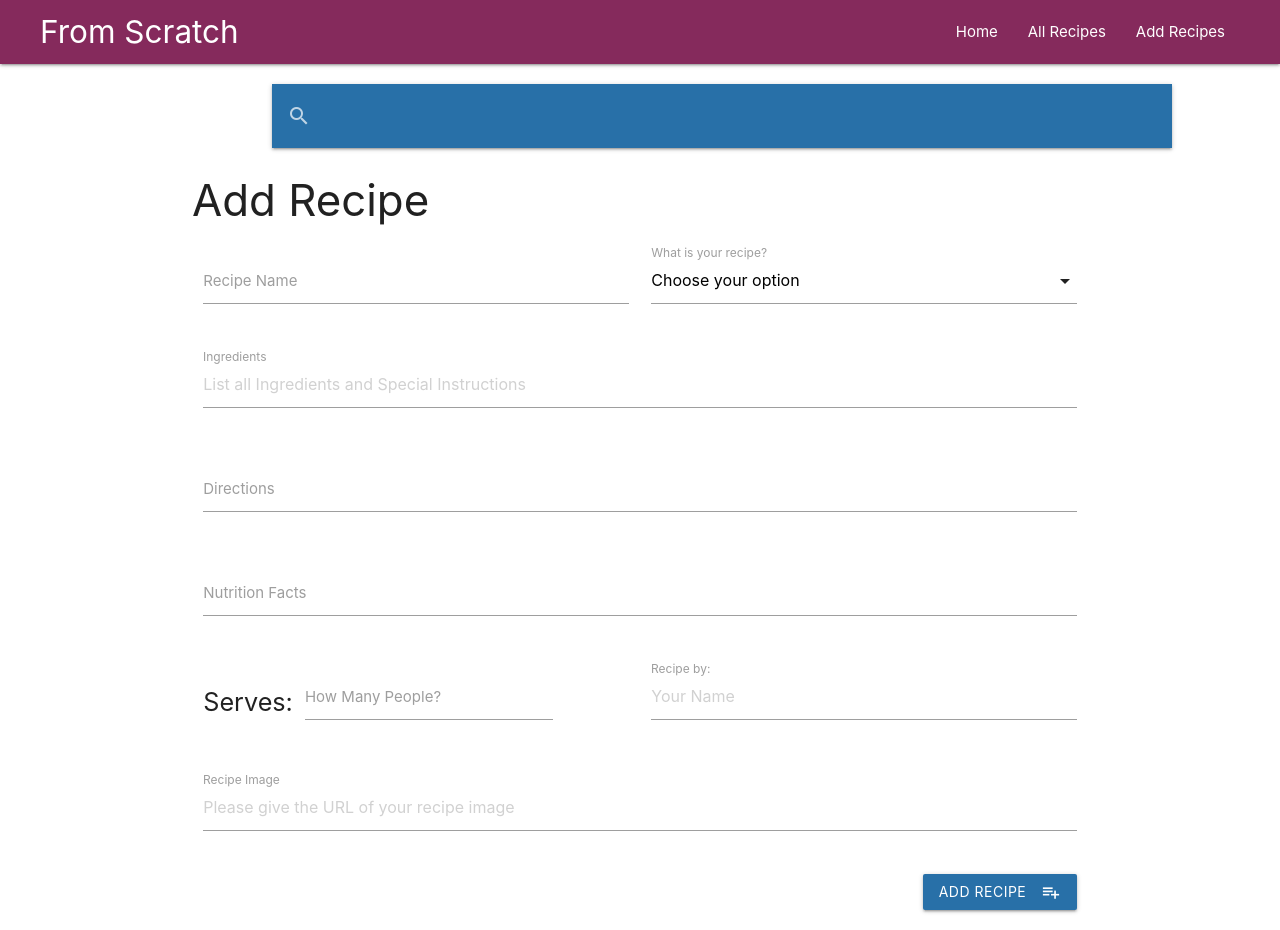
Repository: callendera/MilestoneProject3
Page: templates/recipe-home.html
The author's editor kept a record of every edit. The page is drawn from the files as they stood at one moment, then again after the next edit.
The browser window is 1280 px wide. The pictures show the whole page.
The page is served by the project's application, run on Flask 3 (recipe.py). The template is opened directly, without the code that normally fills it, so the values that code supplies are empty.

Above is the page before.

After the next edit:
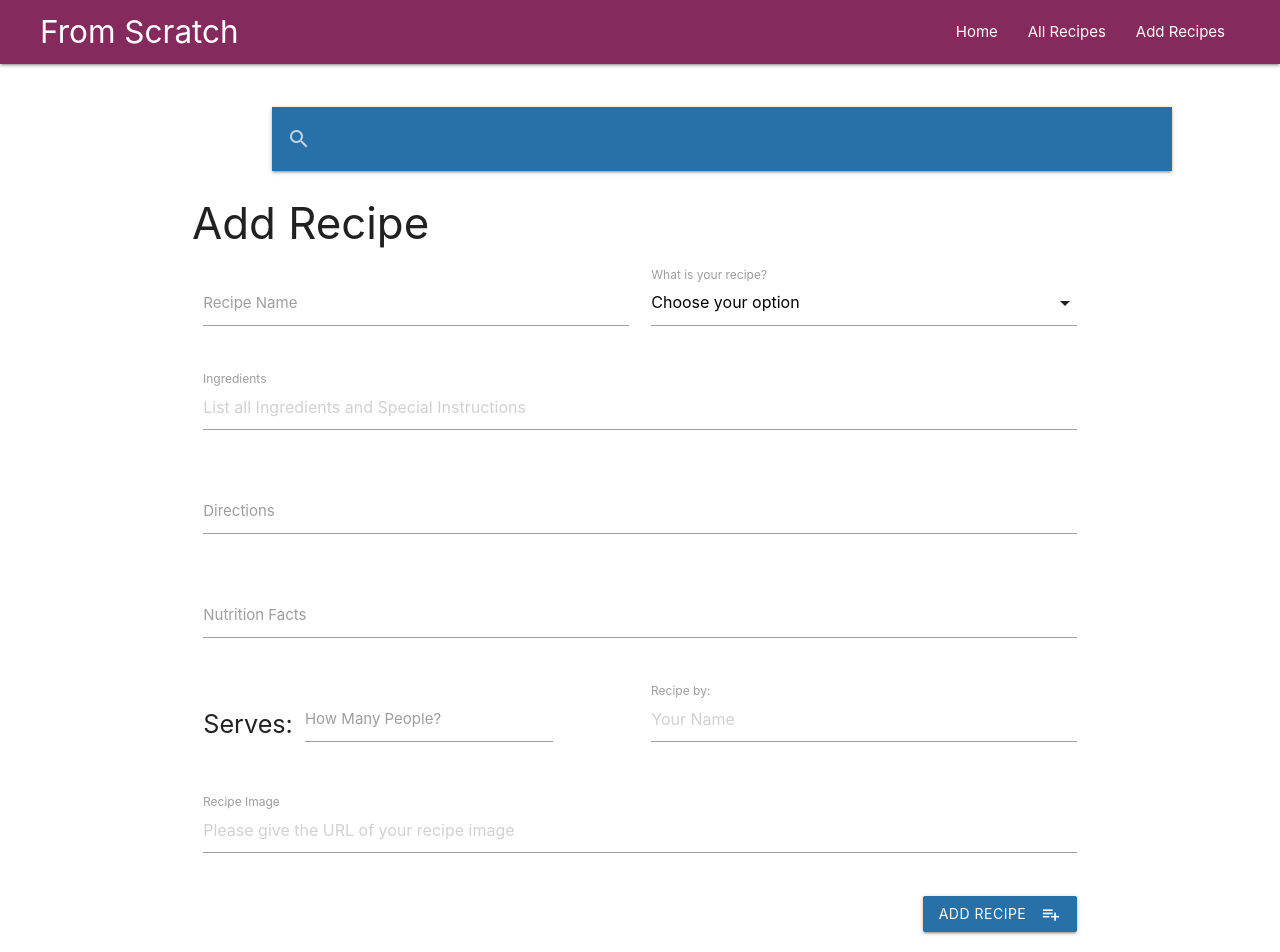
The edit:
--- a/templates/recipe-home.html
+++ b/templates/recipe-home.html
@@ -1,7 +1,9 @@
 {% extends 'base.html' %} {% block content %}
 
+<div  id="all-recipes"></div>
+</br>
 
-<div class="container flow-text" id="all-recipes">
+<div class="container flow-text">
 
     <div class="row recipe-row-margin">
         <nav class="my-search-bar-margin">
